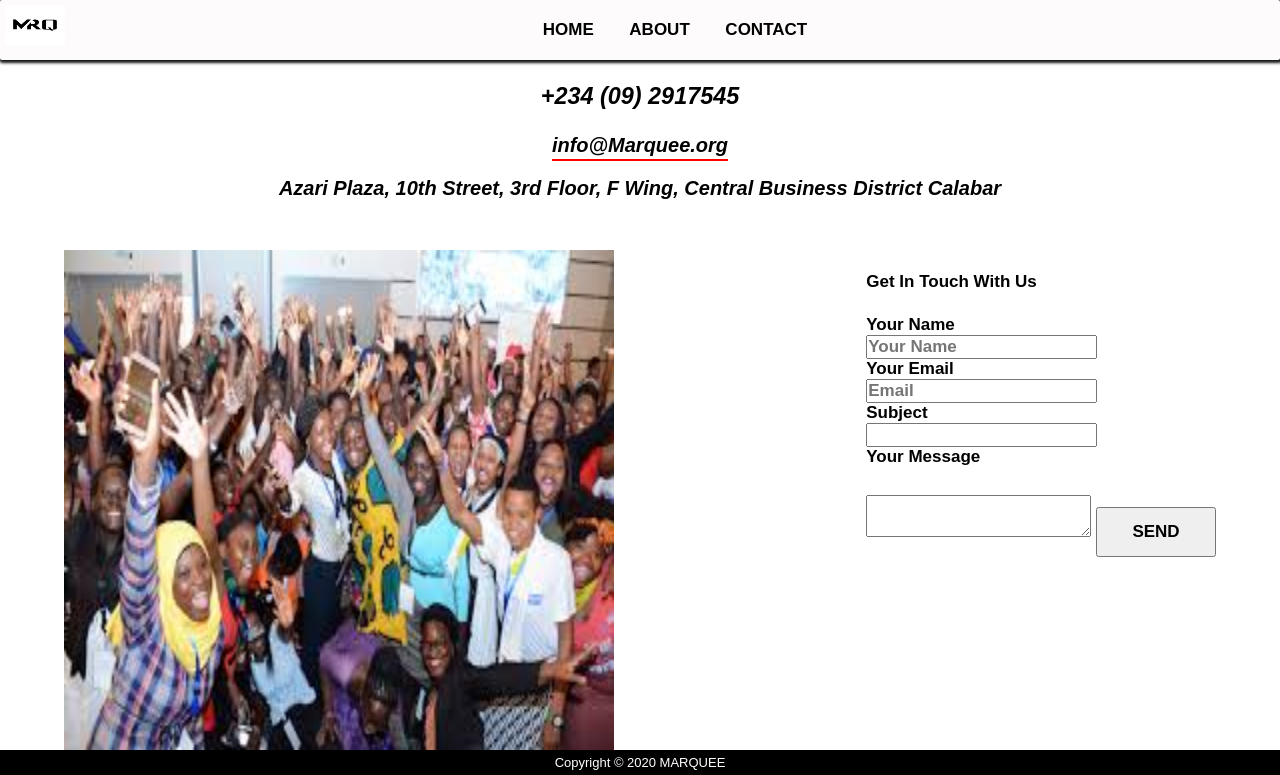
Repository: pboi18/Marquee.org
Page: contact.html
These files come from the project's save history. The page is drawn as it stood at one moment and after the next save; the edit follows.
The browser window is 1280 px wide. The pictures show the whole page.

Above is the page before, as saved 2020-07-11 21:29:15.

After the next save:
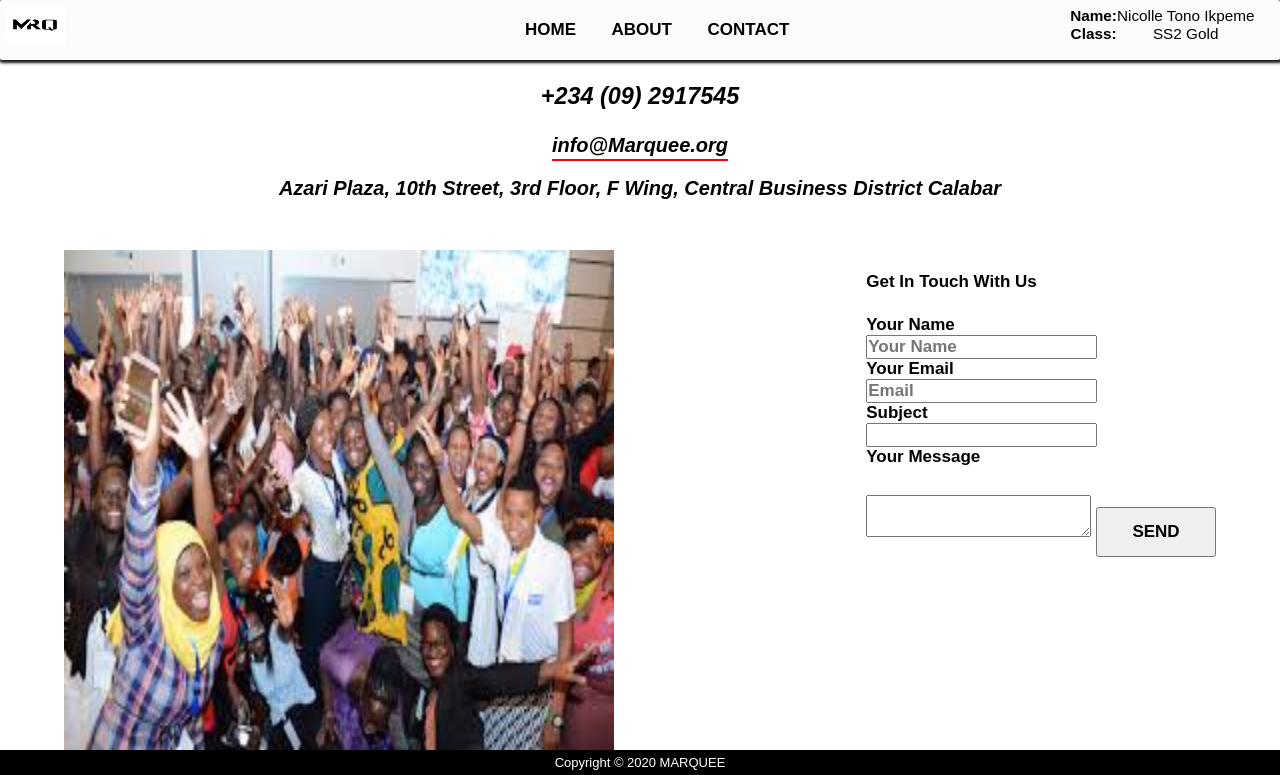
Saved 17 s later.
--- a/contact.html
+++ b/contact.html
@@ -35,6 +35,21 @@
                                 <a href="contact.html">
                                     CONTACT
                                 </a>
+                            </li>
+
+                            <li>
+                                <table class="id">
+                                    <tr>
+                                        <th>Name:</th>
+                                        <td> Nicolle Tono Ikpeme</td>
+                                    </tr>
+
+                                    <tr>
+                                        <th>Class:</th>
+                                        <td> SS2 Gold</td>
+                                    </tr>
+
+                                </table>
                             </li>
 
                         </ul>
